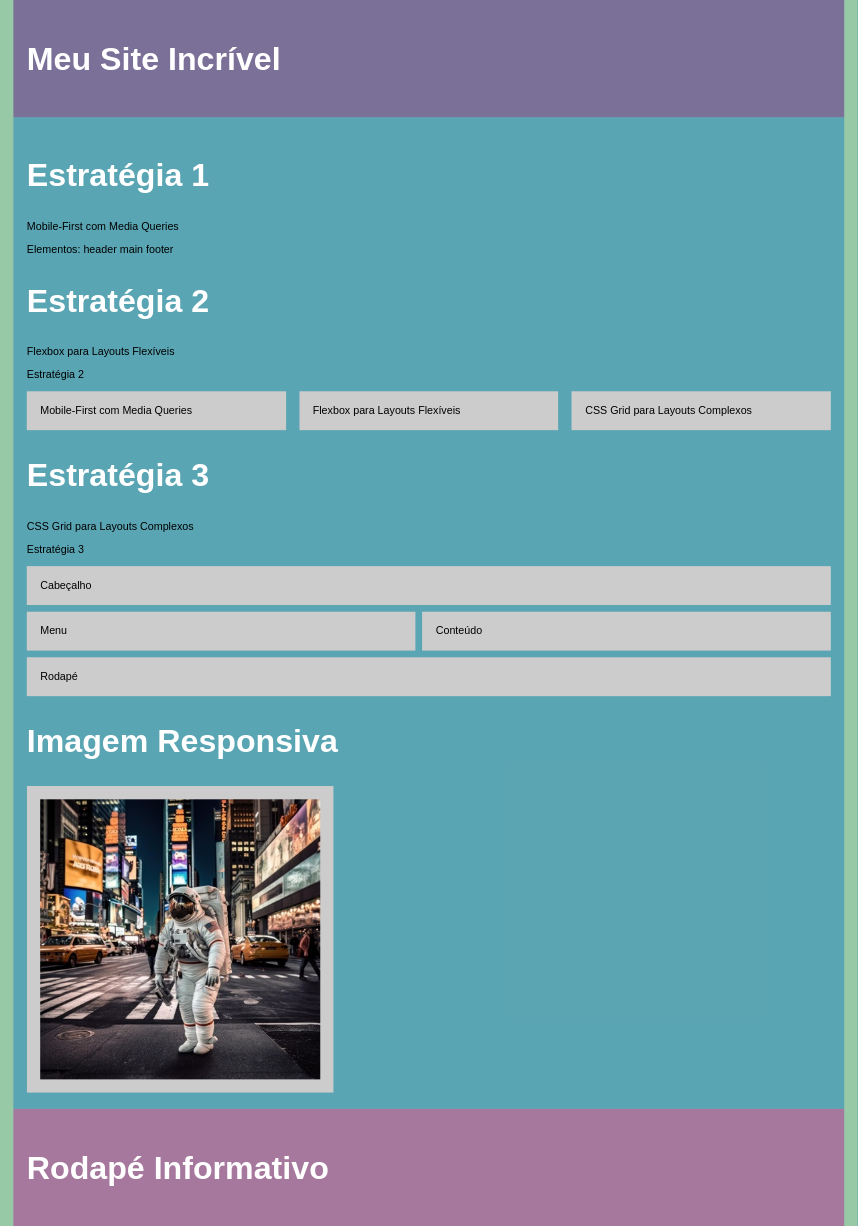
Repository: douglasabnovato/model-lp
Page: index.html
These files come from the project's save history. The page is drawn as it stood at one moment and after the next save; the edit follows.
The browser window is 1280 px wide. The pictures show the whole page, at 67% of full size.

Above is the page before, as saved 2025-02-25 11:51:26.

### index.html
<!DOCTYPE html>
<html lang="pt-br">
  <head>
    <meta charset="UTF-8" />
    <meta name="viewport" content="width=device-width, initial-scale=1.0" />
    <title>Filmes Épicos</title>
    <link rel="stylesheet" type="text/css" href="./style.css" />
  </head>
  <body>
    <header>
      <h2>Meu Site Incrível</h2>
    </header>
    <main>
      <h2>Estratégia 1</h2>
      <p>Mobile-First com Media Queries</p>
      <p>Elementos: header main footer</p>

      <h2>Estratégia 2</h2>
      <p>Flexbox para Layouts Flexíveis</p>
      <p>Estratégia 2</p>
      <div class="flex-container">
        <div class="flex-item">Mobile-First com Media Queries</div>
        <div class="flex-item">Flexbox para Layouts Flexíveis</div>
        <div class="flex-item">CSS Grid para Layouts Complexos</div>
      </div>

      <h2>Estratégia 3</h2>
      <p>CSS Grid para Layouts Complexos</p>
      <p>Estratégia 3</p>
      <div class="grid-container">
        <div class="grid-item">Cabeçalho</div>
        <div class="grid-item">Menu</div>
        <div class="grid-item">Conteúdo</div>
        <div class="grid-item">Rodapé</div>
      </div>

      <h2>Imagem Responsiva</h2>
      <div class="imgResponsive">
        <img
          src="./assets/astronauta-418.jpg"
          alt="Astronauta"
        />
      </div>

    </main>
    <footer>
      <h2>Rodapé Informativo</h2>
    </footer>
  </body>
</html>

### style.css
/* Estilos base para mobile */
body {
  font-family: Arial, sans-serif;
  margin: 0;
  background-color: #65691c77;
}

h2 {
  color: white;
  font-size: clamp(2rem, 5vw, 3rem);
}

header,
main,
footer {
  padding: 20px;
}

header {
  background-color: #5b0a8777;
}

main {
  background-color: #157bc077;
}

.flex-container {
  display: flex;
  flex-wrap: wrap;
  gap: 20px;
}

.flex-item {
  background-color: #ccc;
  padding: 20px;
  flex: 1 1 200px;
  box-sizing: border-box;
}

.grid-container {
  display: grid;
  grid-template-areas:
    "header header"
    "menu content"
    "footer footer";
  grid-gap: 10px;
}

.grid-item {
  background-color: #ccc;
  padding: 20px;
}

.grid-item:nth-child(1) {
  grid-area: header;
}

.grid-item:nth-child(2) {
  grid-area: menu;
}

.grid-item:nth-child(3) {
  grid-area: content;
}

.grid-item:nth-child(4) {
  grid-area: footer;
}

.imgResponsive{
    margin: 0;
    padding: 0;
  }

  img {
      padding: 20px;
      background-color: #ccc;
  }

footer {
  background-color: #b81b9377;
}

/* Media Query para telas maiores */
@media (min-width: 768px) {
  body {
    background-color: #238d4377;
  }

  header,
  main,
  footer {
    max-width: 1200px;
    margin: 0 auto;
  }
}

.container {
    display: flex;
    flex-wrap: wrap; /* Permite que as divs filhas "quebrem" para a próxima linha em telas menores */
    justify-content: space-between; /* Espaça as divs uniformemente */
  }

  .filha {
    flex: 1 1 30%; /* Cresce, encolhe e ocupa inicialmente 30% do espaço */
    box-sizing: border-box; /* Inclui padding e border no total da largura e altura */
    margin: 10px;
    padding: 20px;
    background-color: #f0f0f0;
  }

  @media (max-width: 768px) {
    .filha {
      flex-basis: 100%; /* Em telas menores, cada div filha ocupa 100% da largura */
    }
  }

After the next save:
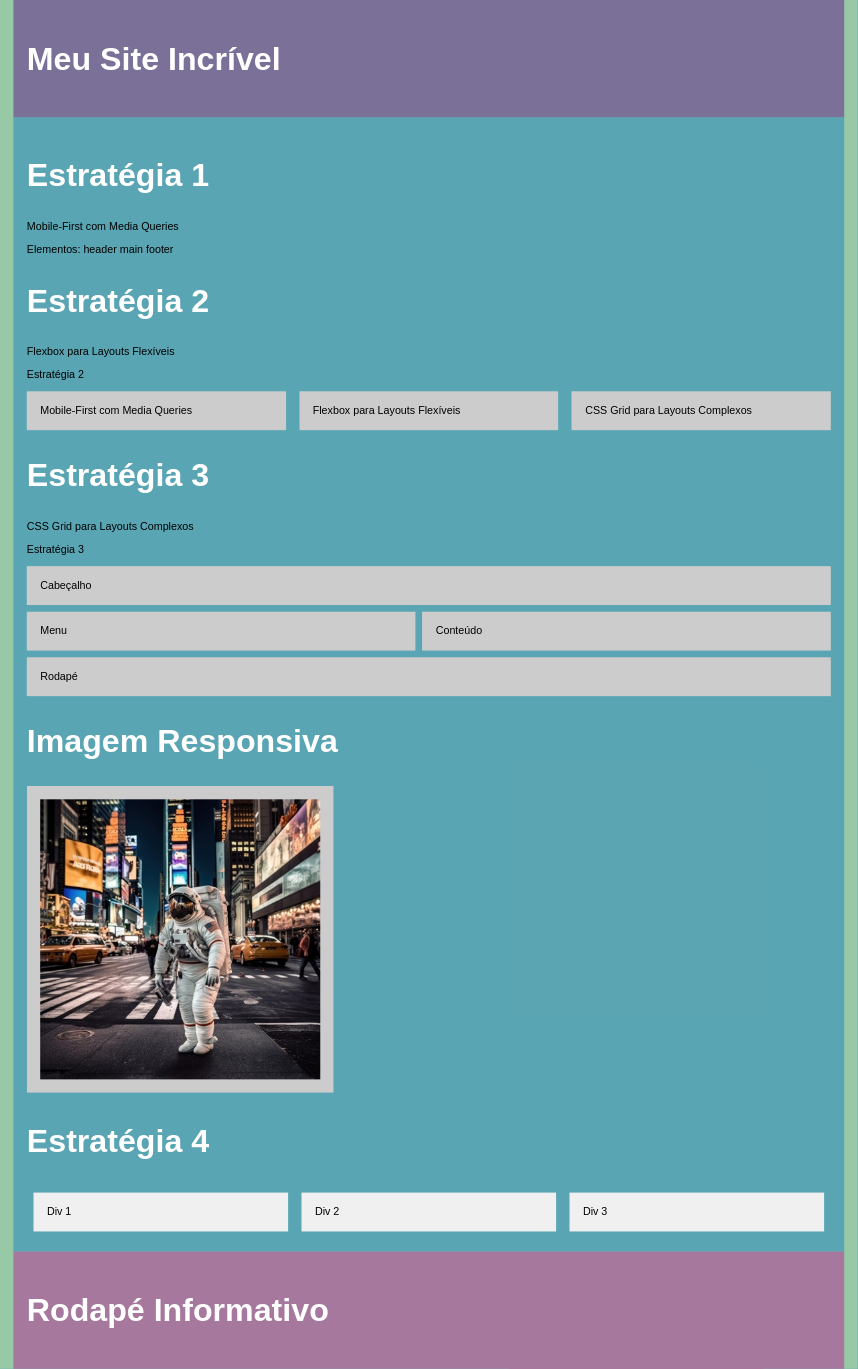
Saved 1 s later.
--- a/index.html
+++ b/index.html
@@ -42,6 +42,14 @@
         />
       </div>
 
+      <h2>Estratégia 4</h2>
+      <div class="container">
+        <div class="filha">Div 1</div>
+        <div class="filha">Div 2</div>
+        <div class="filha">Div 3</div>
+      </div>
+
+
     </main>
     <footer>
       <h2>Rodapé Informativo</h2>
